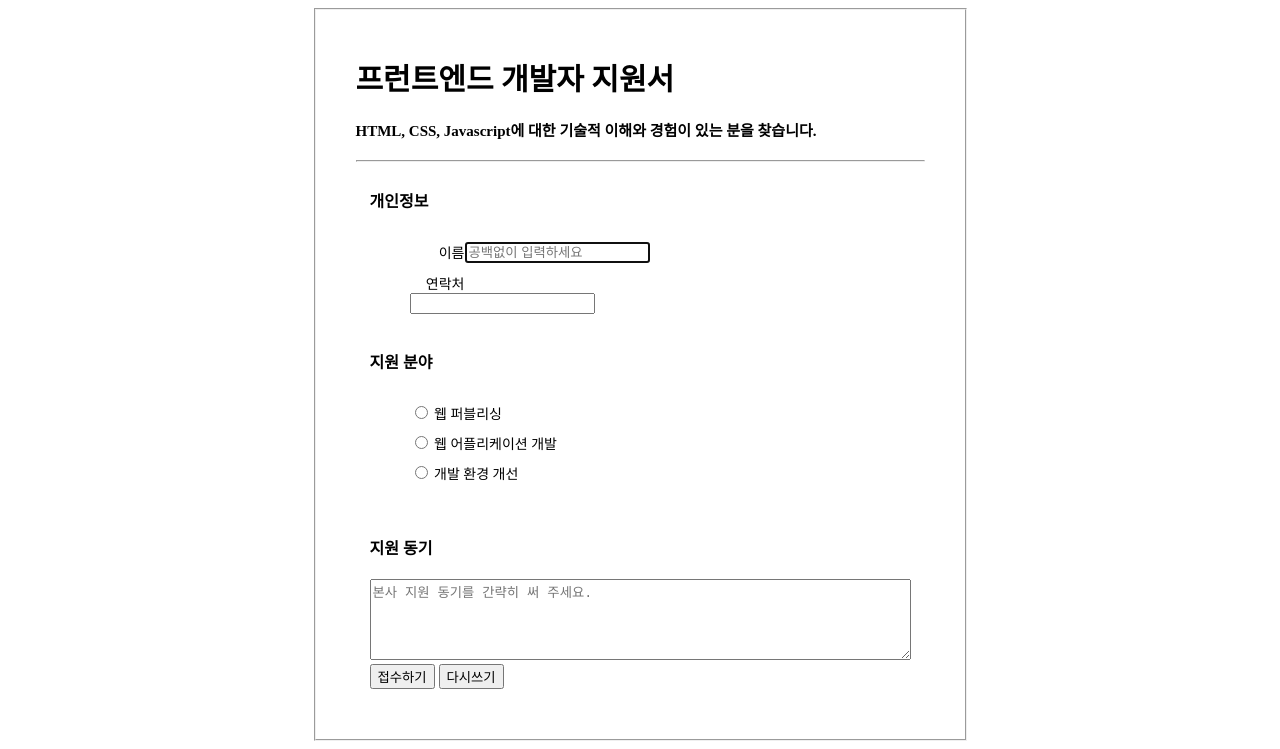
Repository: ygs3004/StudyHTML_CSS
Page: web project 01/src/main/webapp/chapter05/exam05_20.html
The author's editor kept a copy of each file at every save. The page is drawn from the files as they stood at one save, then again after the next save.
The browser window is 1280 px wide. The pictures show the whole page.

Above is the page before, as saved 2022-08-09 05:57:47.

### web project 01/src/main/webapp/chapter05/exam05_20.html
<!DOCTYPE html>
<html>
<head>
<meta charset="UTF-8">
<title>Insert title here</title>
<style type="text/css">
	li{
		list-style: none;
		margin:10px 0px ;
		font-size : 14px;
		font-weight : normal;
	}
	ul{
		margin-top : 30px;
	}
	.main{
		width:480px;
		margin : auto;
		padding-top: 25px;
		padding-left: 40px;
		padding-right: 40px;
		padding-bottom: 40px;
		font-size :15px;
	}

	.body{
		margin-top :20px;
		font-size : 16px;
		font-weight : bold;
		border:0 none;
		text-align : left;
	}

	textarea{
		margin-top : 20px;
	}

	.reg{
		float : left;
		text-align : right;
		width : 55px;
	}

</style>
</head>
<body>
<form action="">
<fieldset class = "main">
<h1>프런트엔드 개발자 지원서</h1>
<h4>HTML, CSS, Javascript에 대한 기술적 이해와 경험이 있는 분을 찾습니다.</h4>
<hr></hr>
	<fieldset class ="body">개인정보
		<ul>
			<li>
				<label class="reg" for="name">이름</label>
				<input type="text" id="name" placeholder="공백없이 입력하세요" autofocus>
			</li>
			<li>
				<label class="reg" for="phone">연락처
				<input type="tel" id="phone"> </label>
			</li>
		</ul>
	</fieldset>
	<fieldset class ="body">지원 분야
		<ul>
			<li>
			<input type="radio" id="publishing" ><label for = "publishing"> 웹 퍼블리싱</label>
			</li>
			<li><input type="radio" id="application" ><label for = "application"> 웹 어플리케이션 개발</label>
			</li>
			<li><input type="radio" id="improving" ><label for = "improving"> 개발 환경 개선</label>
			</li>
		</ul>
	</fieldset>
	<fieldset class ="body"> 지원 동기<br>
			<textarea rows="5" cols="65" name="motivation" placeholder="본사 지원 동기를 간략히 써 주세요."></textarea>
			<br>
			<input type="submit" value="접수하기">
			<input type="reset" value="다시쓰기">
	</fieldset>
</fieldset>
</form>
</body>
</html>

After the next save:
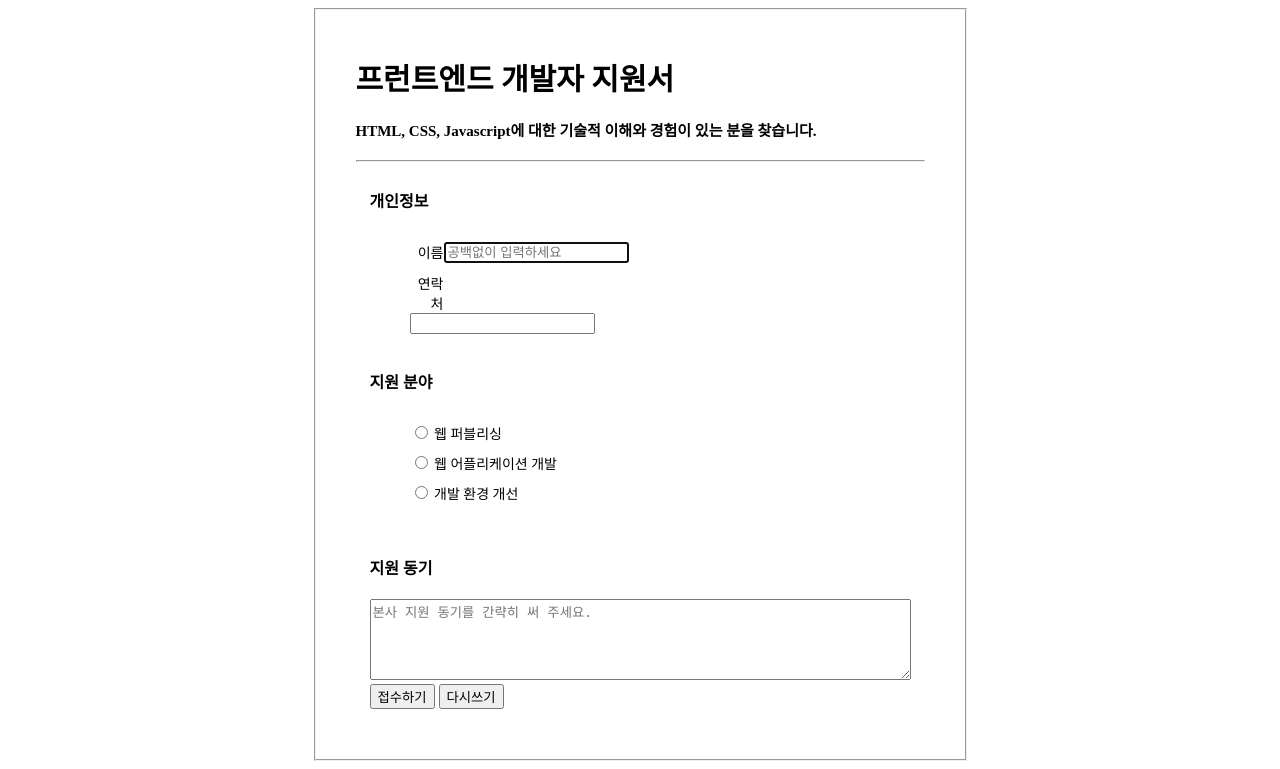
Saved 36 s later.
--- a/web project 01/src/main/webapp/chapter05/exam05_20.html
+++ b/web project 01/src/main/webapp/chapter05/exam05_20.html
@@ -38,7 +38,7 @@
 	.reg{
 		float : left;
 		text-align : right;
-		width : 55px;
+		width : 34px;
 	}
 
 </style>
